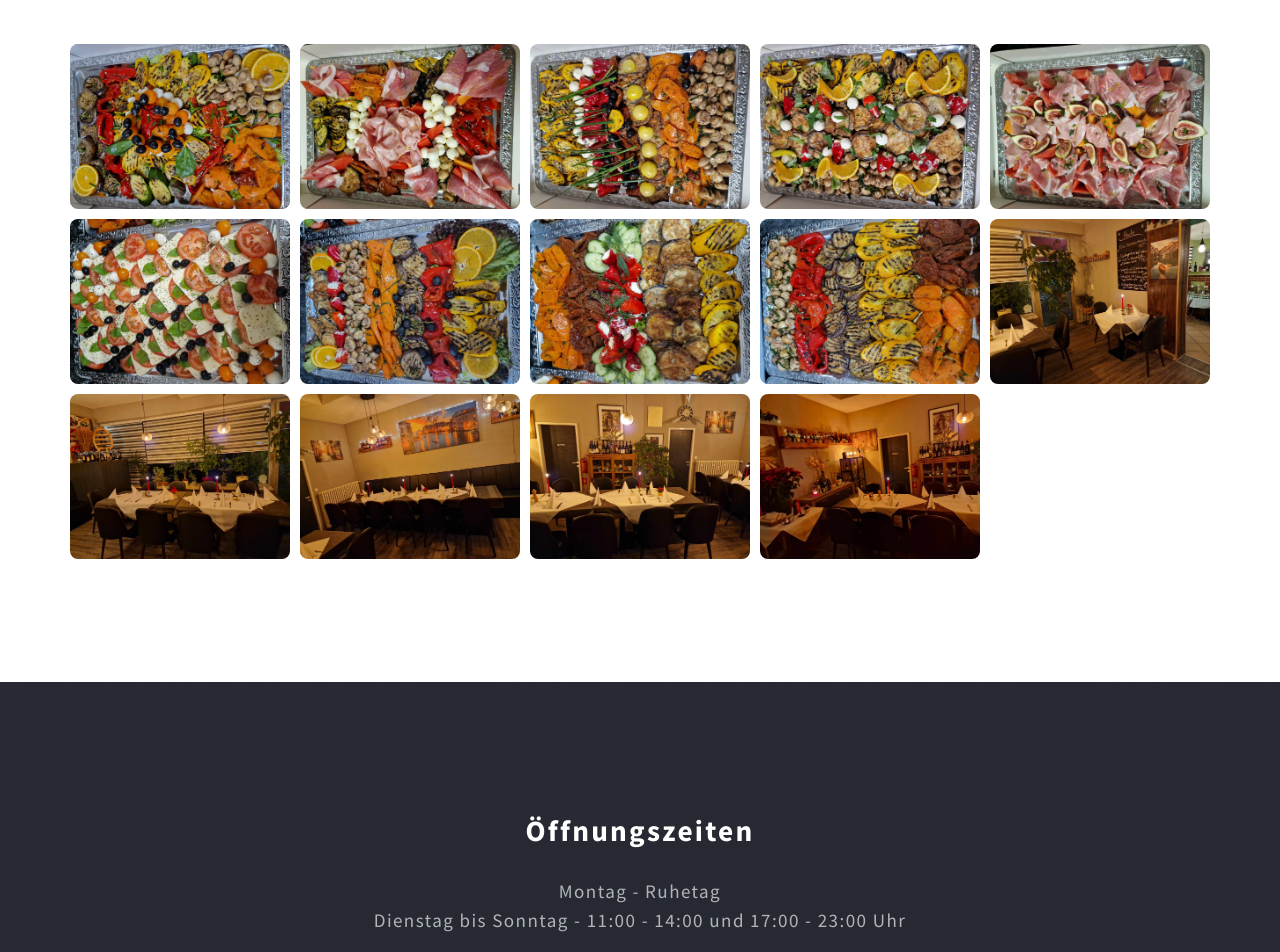
Repository: restaurantlamontana/restaurantlamontana.github.io
Page: index.html
The author's editor kept a copy of each file at every save. The page is drawn from the files as they stood at one save, then again after the next save.
The browser window is 1280 px wide. The pictures show the part of the page from y = 922 to 1874 px (the page is 2160 px tall).

Above is the page before, as saved 2024-07-14 18:37:08.

### index.html
<!DOCTYPE html>
<!--
	Escape Velocity by HTML5 UP
	html5up.net | @ajlkn
	Free for personal and commercial use under the CCA 3.0 license (html5up.net/license)
-->
<html>
  <head>
    <title>La Montana</title>
    <meta charset="utf-8" />
    <meta
      name="viewport"
      content="width=device-width, initial-scale=1, user-scalable=no"
    />
    <link rel="stylesheet" href="assets/css/main.css" />
  </head>
  <body class="homepage is-preload">
    <div id="page-wrapper">
      <!-- Header -->
      <section id="header" class="wrapper">
        <!-- Logo -->
        <div id="logo">
          <h1><a href="index.html">La Montana</a></h1>
          <p>Restaurant</p>
        </div>

        <!-- Nav -->
        <nav id="nav">
          <ul>
            <li class="current"><a href="index.html">Home</a></li>
            <li><a href="assets/Speisekarte_Scan.pdf" target="_blank">Speisekarte</a></li>
            <li><a href="blog.html">Blog</a></li>
          </ul>
        </nav>
      </section>

      <!-- Intro -->
      <section id="intro" class="wrapper style1">
        <div class="container">
			<br><br><br><br>
          <p class="style1">Das Restaurant La Montana in Veitshöchheim...</p>
          <ul class="actions">
            <li><a href="assets/Speisekarte_Scan.pdf" target="_blank" class="button style3 large">Speisekarte</a></li>
          </ul>
        </div>
      </section>

	  <!-- Image Grid -->
      <section class="wrapper">
        <div class="container">
          <div class="image-grid">
            <img src="images/IMG_3194.JPG">
            <img src="images/IMG_3195.JPG">
            <img src="images/IMG_3196.JPG">
            <img src="images/IMG_3197.JPG">
            <img src="images/IMG_3198.JPG">
            <img src="images/IMG_3199.JPG">
			<img src="images/IMG_3200.JPG">
            <img src="images/IMG_3201.JPG">
            <img src="images/IMG_3202.JPG">
            <img src="images/IMG_3203.JPG">
            <img src="images/IMG_3204.JPG">
            <img src="images/IMG_3205.JPG">
			<img src="images/IMG_3206.JPG">
			<img src="images/IMG_3207.JPG">
          </div>
        </div>
      </section>

      <!-- Footer -->
      <section id="footer" class="wrapper">
		<div class="container">
			<header class="style1">
				<h2>Öffnungszeiten</h2>
				<p>
					Montag - Ruhetag <br />
					Dienstag bis Sonntag - 11:00 - 14:00 und 17:00 - 23:00 Uhr
				</p>
			</header>
			</div>
			<div class="flex-container">
				<div class="flex-item">
					<h3 class="icon solid fa-home">   Standort</h3>
					<p>
						Stifterstrasse 14<br />
						97209 Veitshöchheim<br />
					</p>
				</div>
				<div class="flex-item">
					<h3 class="icon solid fa-envelope">   Email</h3>
					<p>
						<a href="#">lamontana@gmail.com</a>
					</p>
				</div>
				<div class="flex-item">
					<h3 class="icon solid fa-phone">   Telefon</h3>
					<p>0931-4529111</p>
				</div>
				</div>
		</div>
	</section>
</body>
</html>

Loaded but not shown: assets/css/fontawesome-all.min.css (library); assets/css/main.css (3147 lines, source omitted)

After the next save:
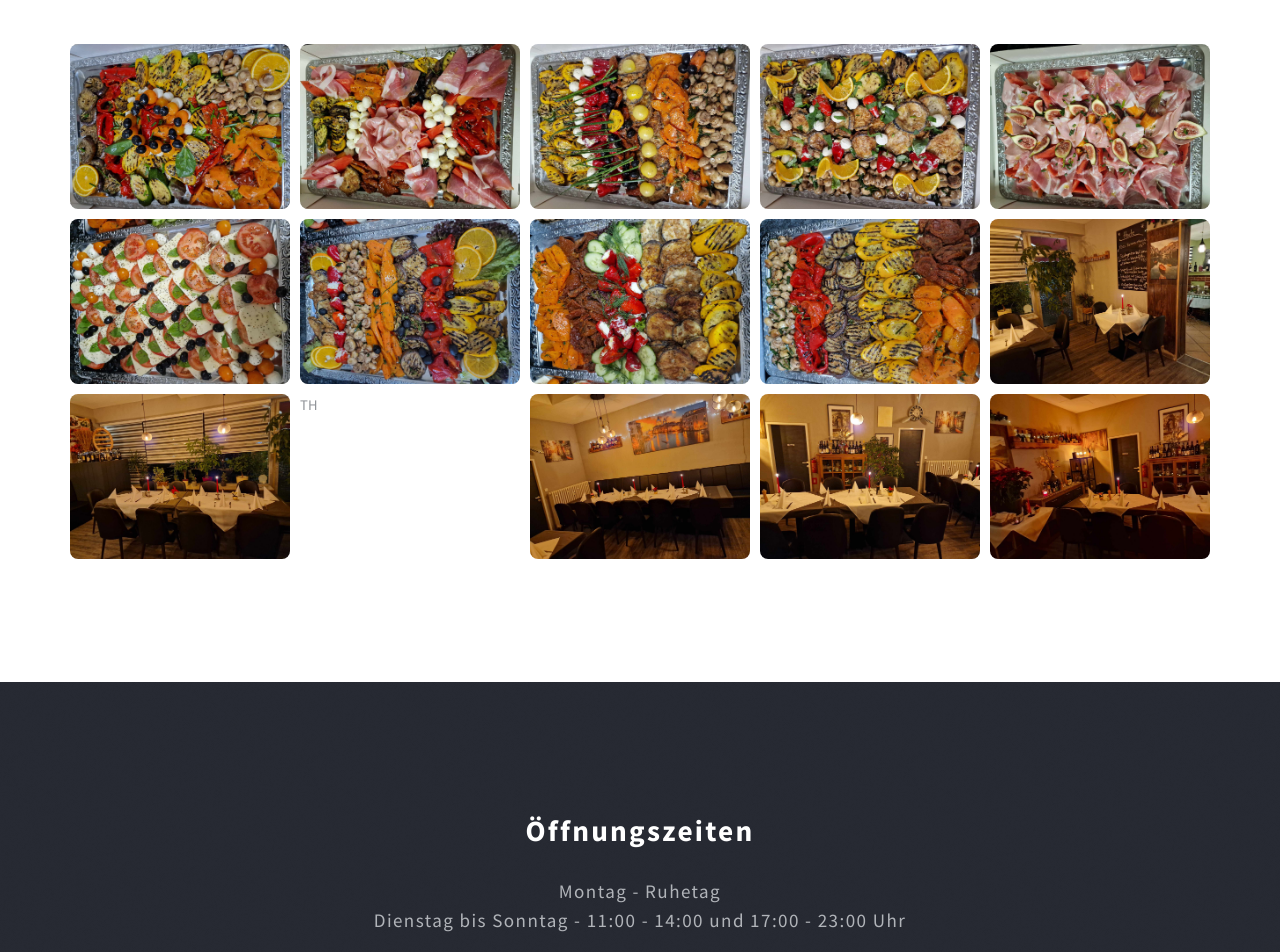
Saved 20 s later.
--- a/index.html
+++ b/index.html
@@ -59,7 +59,7 @@
             <img src="images/IMG_3201.JPG">
             <img src="images/IMG_3202.JPG">
             <img src="images/IMG_3203.JPG">
-            <img src="images/IMG_3204.JPG">
+            <img src="images/IMG_3204.JPG"> TH
             <img src="images/IMG_3205.JPG">
 			<img src="images/IMG_3206.JPG">
 			<img src="images/IMG_3207.JPG">
